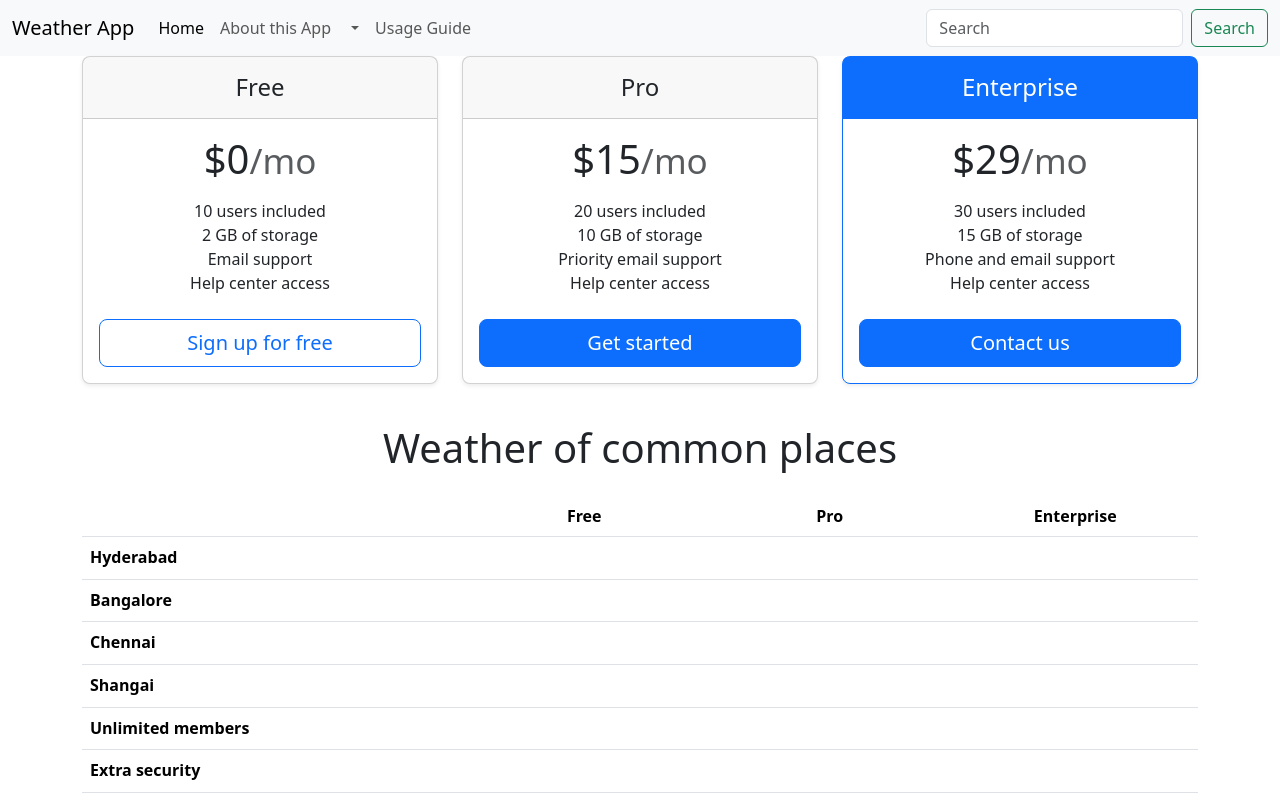
Repository: Abhilash2909/weather
Page: index.html
The author's editor kept a copy of each file at every save. The page is drawn from the files as they stood at one save, then again after the next save.
The browser window is 1280 px wide. The pictures show the whole page.
The page's requests for data from a server got no answer.

Above is the page before, as saved 2024-02-10 20:07:13.

### index.html
<!doctype html>
<html lang="en">
  <head>
    <meta charset="utf-8">
    <meta name="viewport" content="width=device-width, initial-scale=1">
    <title>My Weather App</title>
    <link href="https://cdn.jsdelivr.net/npm/bootstrap@5.3.2/dist/css/bootstrap.min.css" rel="stylesheet" integrity="sha384-T3c6CoIi6uLrA9TneNEoa7RxnatzjcDSCmG1MXxSR1GAsXEV/Dwwykc2MPK8M2HN" crossorigin="anonymous">
  </head>
  <body>
    <nav class="navbar navbar-expand-lg bg-body-tertiary">
        <div class="container-fluid">
          <a class="navbar-brand" href="#">Weather App</a>
          <button class="navbar-toggler" type="button" data-bs-toggle="collapse" data-bs-target="#navbarSupportedContent" aria-controls="navbarSupportedContent" aria-expanded="false" aria-label="Toggle navigation">
            <span class="navbar-toggler-icon"></span>
          </button>
          <div class="collapse navbar-collapse" id="navbarSupportedContent">
            <ul class="navbar-nav me-auto mb-2 mb-lg-0">
              <li class="nav-item">
                <a class="nav-link active" aria-current="page" href="#">Home</a>
              </li>
              <li class="nav-item">
                <a class="nav-link" href="#">About this App</a>
              </li>
              <li class="nav-item dropdown">
                <a class="nav-link dropdown-toggle" href="#" role="button" data-bs-toggle="dropdown" aria-expanded="false">
                </a>
                <ul class="dropdown-menu">
                  <li><a class="dropdown-item" href="#">Delhi</a></li>
                  <li><a class="dropdown-item" href="#">Seattle</a></li>
                  <li><hr class="dropdown-divider"></li>
                  <li><a class="dropdown-item" href="#">Bangalore</a></li>
                </ul>
              </li>
              <li class="nav-item">
                <a class="nav-link" aria-disabled="true">Usage Guide</a>
              </li>
            </ul>
            <form class="d-flex" role="search">
              <input class="form-control me-2" type="search" placeholder="Search" aria-label="Search">
              <button class="btn btn-outline-success" type="submit">Search</button>
            </form>
          </div>
        </div>
      </nav>

      <div class="container"><main>
        <div class="row row-cols-1 row-cols-md-3 mb-3 text-center">
          <div class="col">
            <div class="card mb-4 rounded-3 shadow-sm">
              <div class="card-header py-3">
                <h4 class="my-0 fw-normal">Free</h4>
              </div>
              <div class="card-body">
                <h1 class="card-title pricing-card-title">$0<small class="text-body-secondary fw-light">/mo</small></h1>
                <ul class="list-unstyled mt-3 mb-4">
                  <li>10 users included</li>
                  <li>2 GB of storage</li>
                  <li>Email support</li>
                  <li>Help center access</li>
                </ul>
                <button type="button" class="w-100 btn btn-lg btn-outline-primary">Sign up for free</button>
              </div>
            </div>
          </div>
          <div class="col">
            <div class="card mb-4 rounded-3 shadow-sm">
              <div class="card-header py-3">
                <h4 class="my-0 fw-normal">Pro</h4>
              </div>
              <div class="card-body">
                <h1 class="card-title pricing-card-title">$15<small class="text-body-secondary fw-light">/mo</small></h1>
                <ul class="list-unstyled mt-3 mb-4">
                  <li>20 users included</li>
                  <li>10 GB of storage</li>
                  <li>Priority email support</li>
                  <li>Help center access</li>
                </ul>
                <button type="button" class="w-100 btn btn-lg btn-primary">Get started</button>
              </div>
            </div>
          </div>
          <div class="col">
            <div class="card mb-4 rounded-3 shadow-sm border-primary">
              <div class="card-header py-3 text-bg-primary border-primary">
                <h4 class="my-0 fw-normal">Enterprise</h4>
              </div>
              <div class="card-body">
                <h1 class="card-title pricing-card-title">$29<small class="text-body-secondary fw-light">/mo</small></h1>
                <ul class="list-unstyled mt-3 mb-4">
                  <li>30 users included</li>
                  <li>15 GB of storage</li>
                  <li>Phone and email support</li>
                  <li>Help center access</li>
                </ul>
                <button type="button" class="w-100 btn btn-lg btn-primary">Contact us</button>
              </div>
            </div>
          </div>
        </div>

        <h2 class="display-6 text-center mb-4">Weather of common places</h2>

        <div class="table-responsive">
          <table class="table text-center">
            <thead>
              <tr>
                <th style="width: 34%;"></th>
                <th style="width: 22%;">Free</th>
                <th style="width: 22%;">Pro</th>
                <th style="width: 22%;">Enterprise</th>
              </tr>
            </thead>
            <tbody>
              <tr>
                <th scope="row" class="text-start">Hyderabad</th>
                <td><svg class="bi" width="24" height="24"><use xlink:href="#check"></use></svg></td>
                <td><svg class="bi" width="24" height="24"><use xlink:href="#check"></use></svg></td>
                <td><svg class="bi" width="24" height="24"><use xlink:href="#check"></use></svg></td>
              </tr>
              <tr>
                <th scope="row" class="text-start">Bangalore</th>
                <td></td>
                <td><svg class="bi" width="24" height="24"><use xlink:href="#check"></use></svg></td>
                <td><svg class="bi" width="24" height="24"><use xlink:href="#check"></use></svg></td>
              </tr>
            </tbody>

            <tbody>
              <tr>
                <th scope="row" class="text-start">Chennai</th>
                <td><svg class="bi" width="24" height="24"><use xlink:href="#check"></use></svg></td>
                <td><svg class="bi" width="24" height="24"><use xlink:href="#check"></use></svg></td>
                <td><svg class="bi" width="24" height="24"><use xlink:href="#check"></use></svg></td>
              </tr>
              <tr>
                <th scope="row" class="text-start">Shangai</th>
                <td></td>
                <td><svg class="bi" width="24" height="24"><use xlink:href="#check"></use></svg></td>
                <td><svg class="bi" width="24" height="24"><use xlink:href="#check"></use></svg></td>
              </tr>
              <tr>
                <th scope="row" class="text-start">Unlimited members</th>
                <td></td>
                <td><svg class="bi" width="24" height="24"><use xlink:href="#check"></use></svg></td>
                <td><svg class="bi" width="24" height="24"><use xlink:href="#check"></use></svg></td>
              </tr>
              <tr>
                <th scope="row" class="text-start">Extra security</th>
                <td></td>
                <td></td>
                <td><svg class="bi" width="24" height="24"><use xlink:href="#check"></use></svg></td>
              </tr>
            </tbody>
          </table>
        </div>
      </main></div>
    <script src="https://cdn.jsdelivr.net/npm/bootstrap@5.3.2/dist/js/bootstrap.bundle.min.js" integrity="sha384-C6RzsynM9kWDrMNeT87bh95OGNyZPhcTNXj1NW7RuBCsyN/o0jlpcV8Qyq46cDfL" crossorigin="anonymous"></script>
    <script src="script.js"></script>
</body>
</html>

### script.js
// const options = {
// method: 'GET',
// headers: {
//         'X-RapidAPI-Key': 'b45e96323fmshf5e4bc50d3b8a90p1e091djsnfb21cde4eb87',
// '       X-RapidAPI-Host': 'weather-by-api-ninjas.p.rapidapi.com'
//     }
// };

// fetch('https://weather-by-api-ninjas.p.rapidapi.com/v1/weather?city=Seattle', options)
//     .then(response => response.json())
//     .then(response => console.log(response))
//     .catch(err => console.error(err));



const options = {
    method: 'GET',
    headers: {
      'X-RapidAPI-Key': 'b45e96323fmshf5e4bc50d3b8a90p1e091djsnfb21cde4eb87',
      'X-RapidAPI-Host': 'weather-by-api-ninjas.p.rapidapi.com'
    }
  };

  fetch('https://weather-by-api-ninjas.p.rapidapi.com/v1/weather?city=Seattle', options)
    .then(response => response.json())
    .then(data => console.log(data))
    .catch(error => console.error(error));

After the next save:
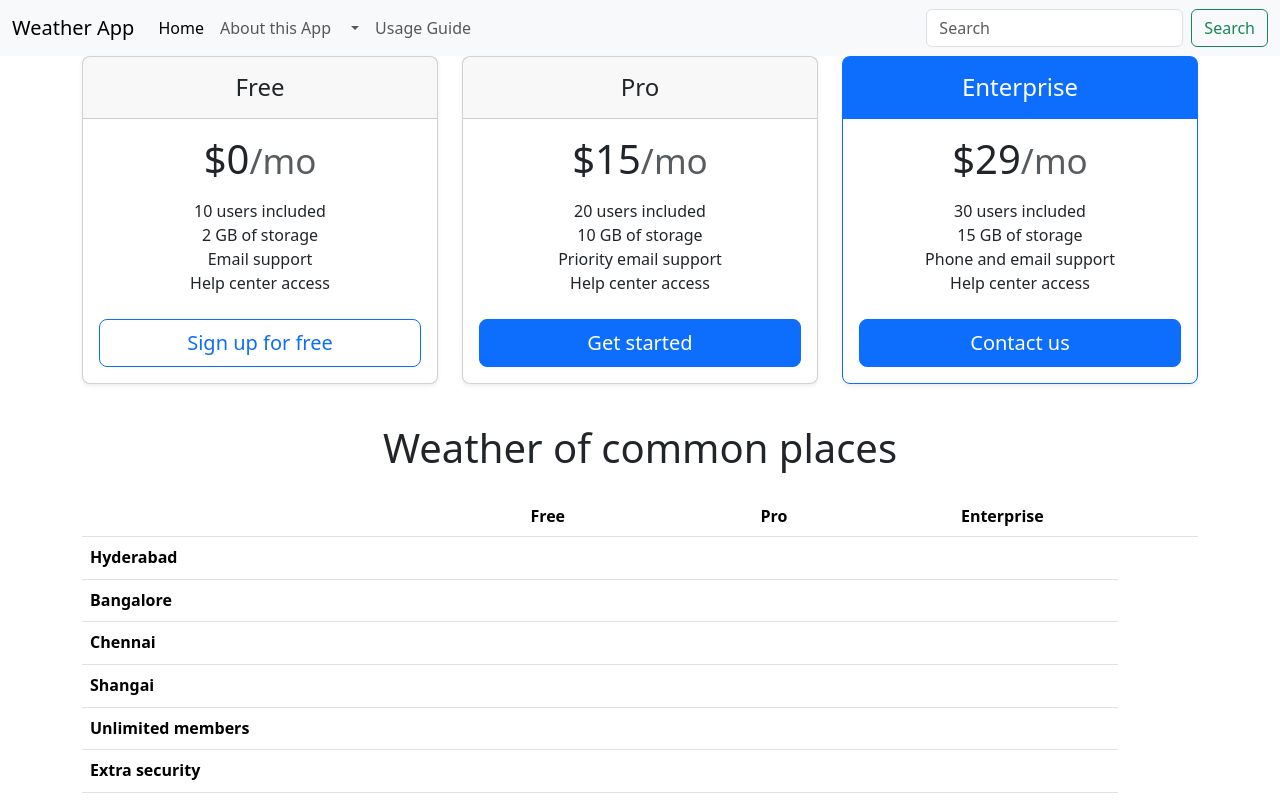
Saved 14 h 18 min later.
--- a/index.html
+++ b/index.html
@@ -108,6 +108,14 @@
                 <th style="width: 22%;">Free</th>
                 <th style="width: 22%;">Pro</th>
                 <th style="width: 22%;">Enterprise</th>
+                <th style="width: 22%;">
+                  <th style="width: 22%;"></th>
+                  <th style="width: 22%;">
+                    <th style="width: 22%;">
+                      <th style="width: 22%;"></th>
+                    </th>
+                  </th>
+                </th>
               </tr>
             </thead>
             <tbody>
